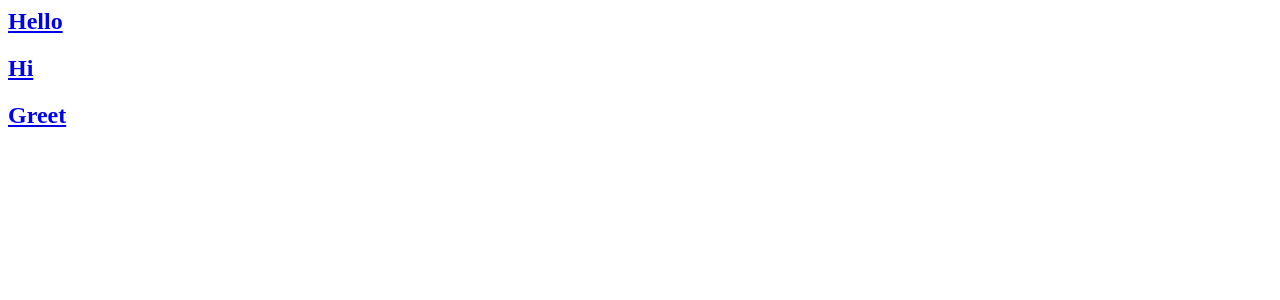
Repository: embuldeniya/Java--OOP-Adv
Page: http://localhost/SpringMVC/
These files come from the project's save history. The page is drawn as it stood at one moment and after the next save; the edit follows.
The browser window is 1280 px wide. The pictures show the whole page.
The page is served by Tomcat 9.

Above is the page before, as saved 2020-10-09 15:30:25.

After the next save:
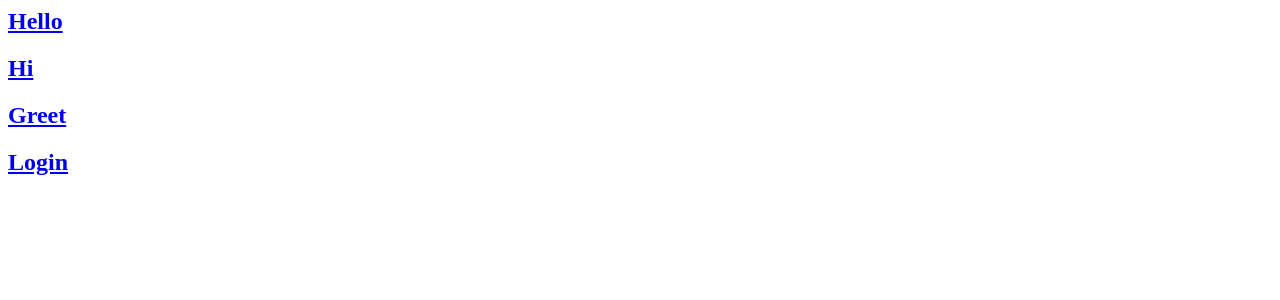
Saved 2 min 6 s later.
--- a/SpringMVC/src/main/webapp/index.jsp
+++ b/SpringMVC/src/main/webapp/index.jsp
@@ -3,5 +3,8 @@
 <h2><a href = 'hello'> Hello </a></h2>
 <h2><a href = 'hi'> Hi </a></h2>
 <h2><a href = 'greet'> Greet </a></h2>
+<h2><a href = 'getLoginForm'> Login </a></h2>
+
+
 </body>
 </html>
